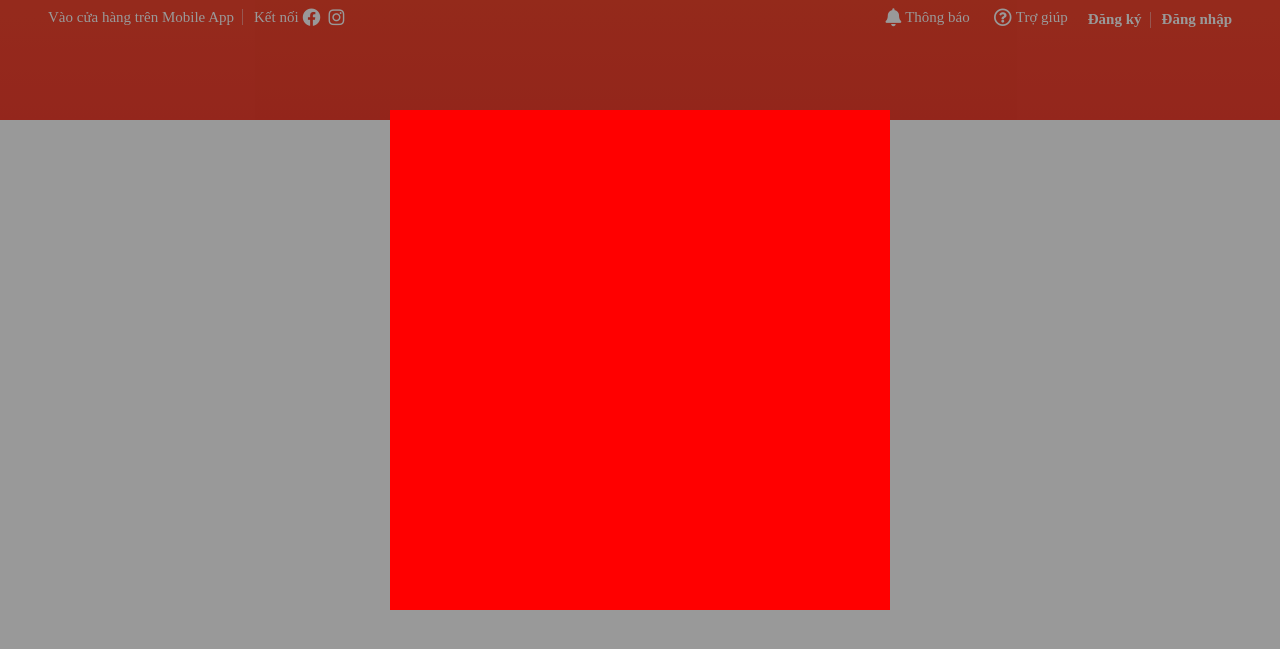
Repository: Qson412/BTL_Web
Page: index.html
These files come from the project's save history. The page is drawn as it stood at one moment and after the next save; the edit follows.
The browser window is 1280 px wide. The pictures show the whole page.

Above is the page before, as saved 2021-11-29 10:36:38.

After the next save:
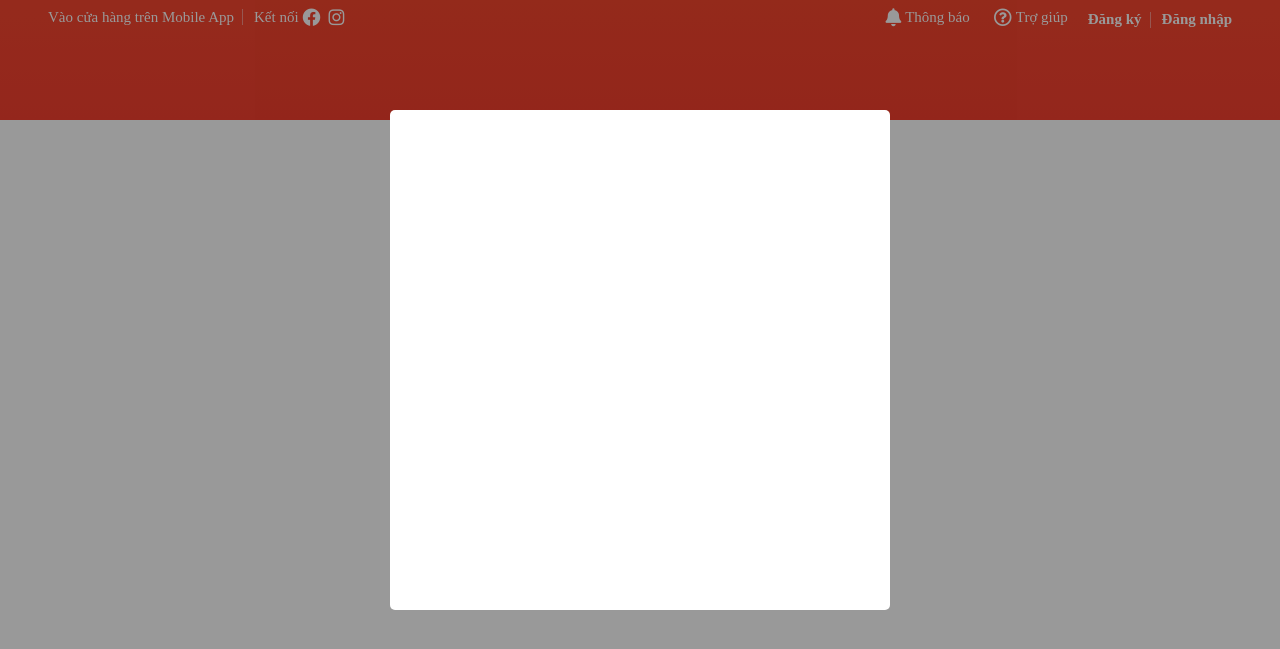
Saved 35 s later.
--- a/base.css
+++ b/base.css
@@ -42,8 +42,9 @@ body{
 .modal__body{
     z-index: 1;
     position: relative;
-   background-color: red;
+   background-color: white;
    width: 500px;
    height: 500px;
     margin: auto;
+    border-radius: 5px;
 }
